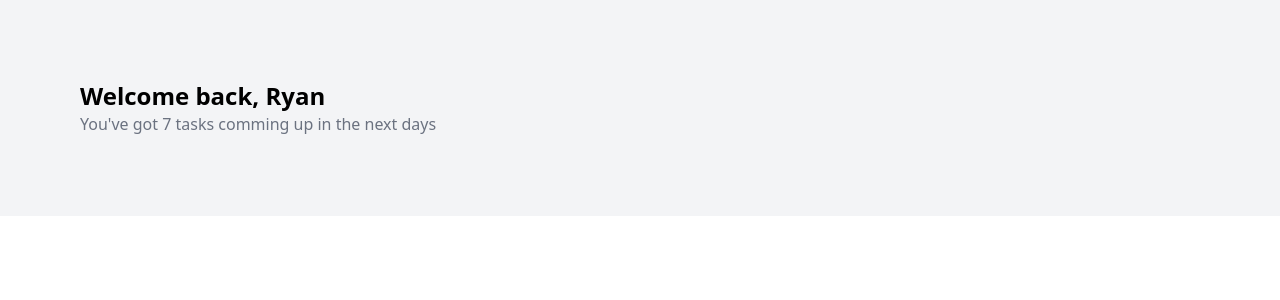
Repository: daohuyhoang9119/TodoApp
Page: /
An editor plug-in stored every save of this project. The page is shown before and after the next save, followed by the edit.
The browser window is 1280 px wide. The pictures show the whole page.
The project was rebuilt for these pictures with package versions that can differ from the ones it lists, and the page was loaded fresh each time. Also part of the build but not shown: vite.config.ts, src/App.css.

Above is the page before, as saved 2023-02-20 15:45:41.

After the next save:
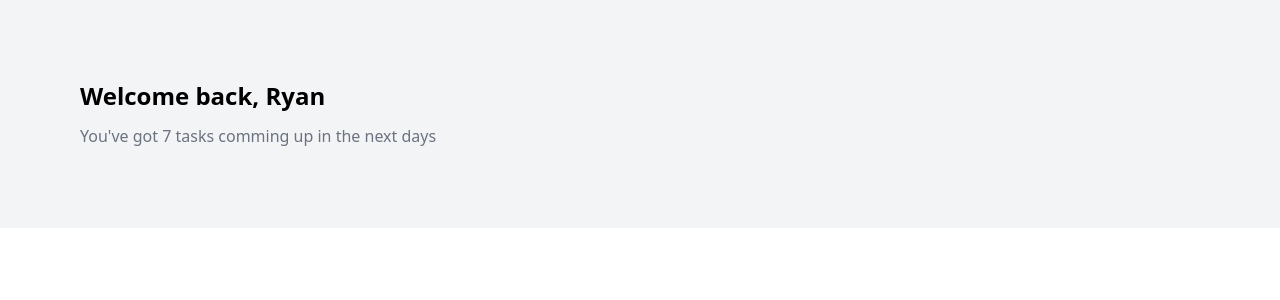
Saved 17 s later.
--- a/src/components/Header/Header.tsx
+++ b/src/components/Header/Header.tsx
@@ -3,7 +3,9 @@ import { useState } from "react";
 function Header() {
   return (
     <div className="">
-      <h1 className="font-sans text-2xl font-semibold">Welcome back, Ryan</h1>
+      <h1 className="font-sans text-2xl font-semibold mb-3">
+        Welcome back, Ryan
+      </h1>
       <p className="font-sans text-gray-500">
         You've got 7 tasks comming up in the next days
       </p>
